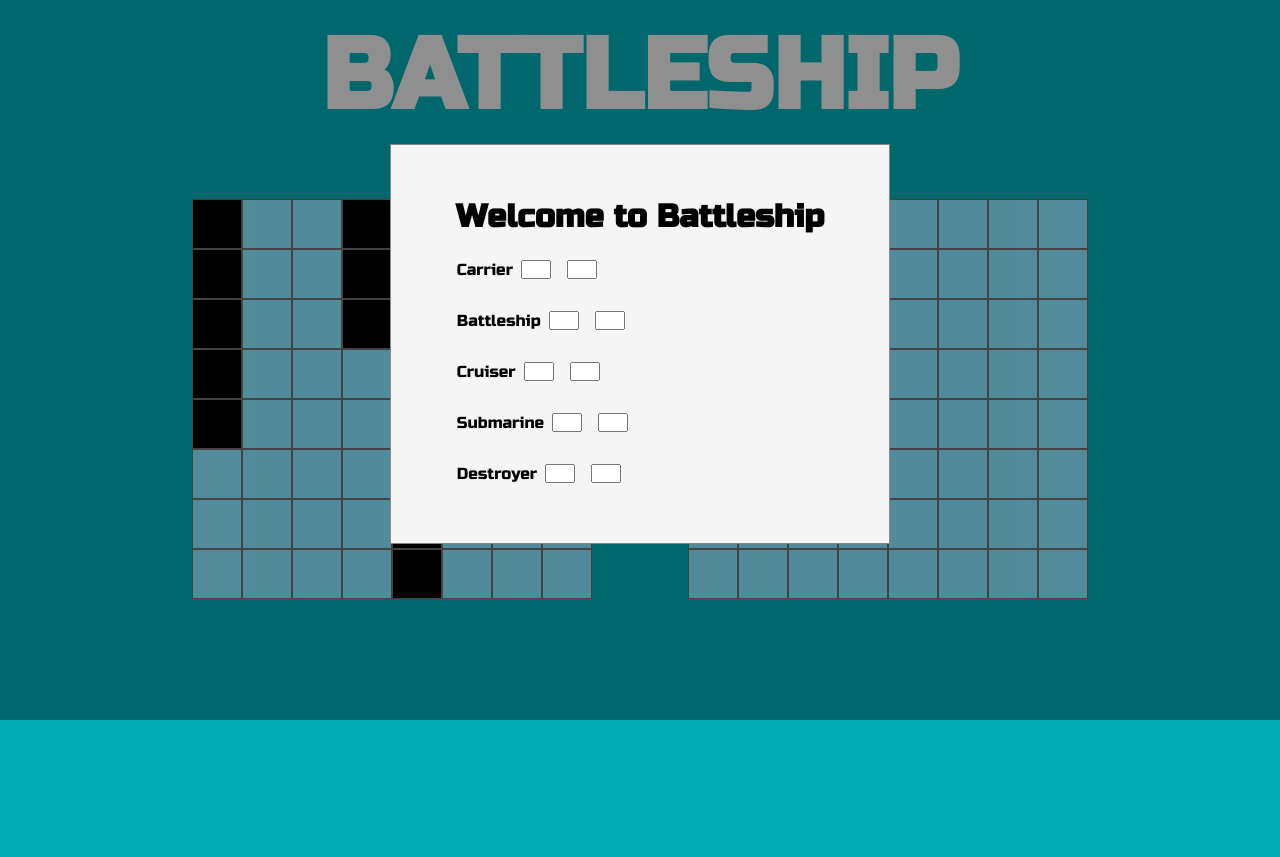
Repository: AzharMoosa/battleship
Page: /
An editor plug-in stored every save of this project. The page is shown before and after the next save, followed by the edit.
The browser window is 1280 px wide. The pictures show the whole page.
The project was rebuilt for these pictures with package versions that can differ from the ones it lists, and the page was loaded fresh each time.

Above is the page before, as saved 2020-07-09 10:13:50.

After the next save:
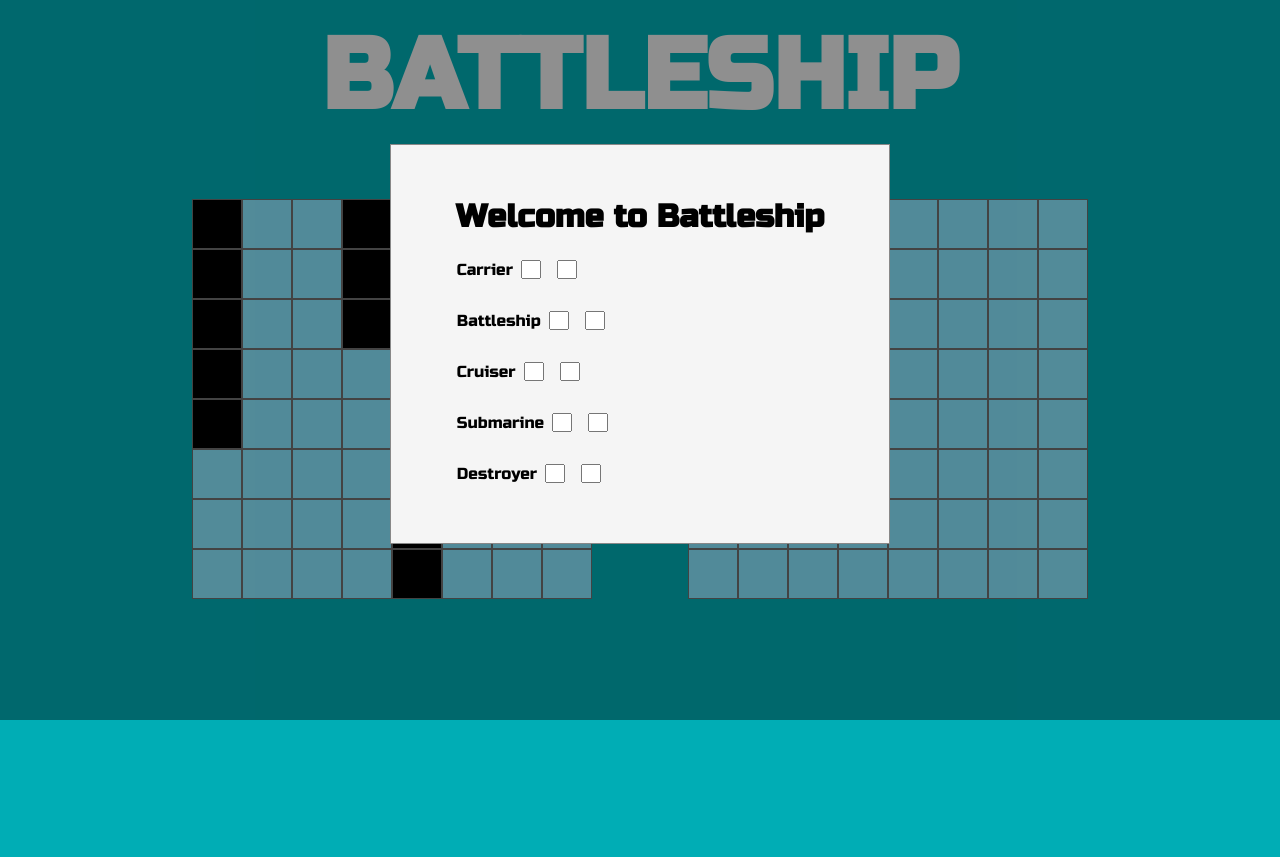
Saved 9 s later.
--- a/src/App.css
+++ b/src/App.css
@@ -129,7 +129,7 @@ body {
 
 .coord-input {
   margin: 0.5rem;
-  width: 30px;
+  width: 20px;
 }
 
 .modal {
